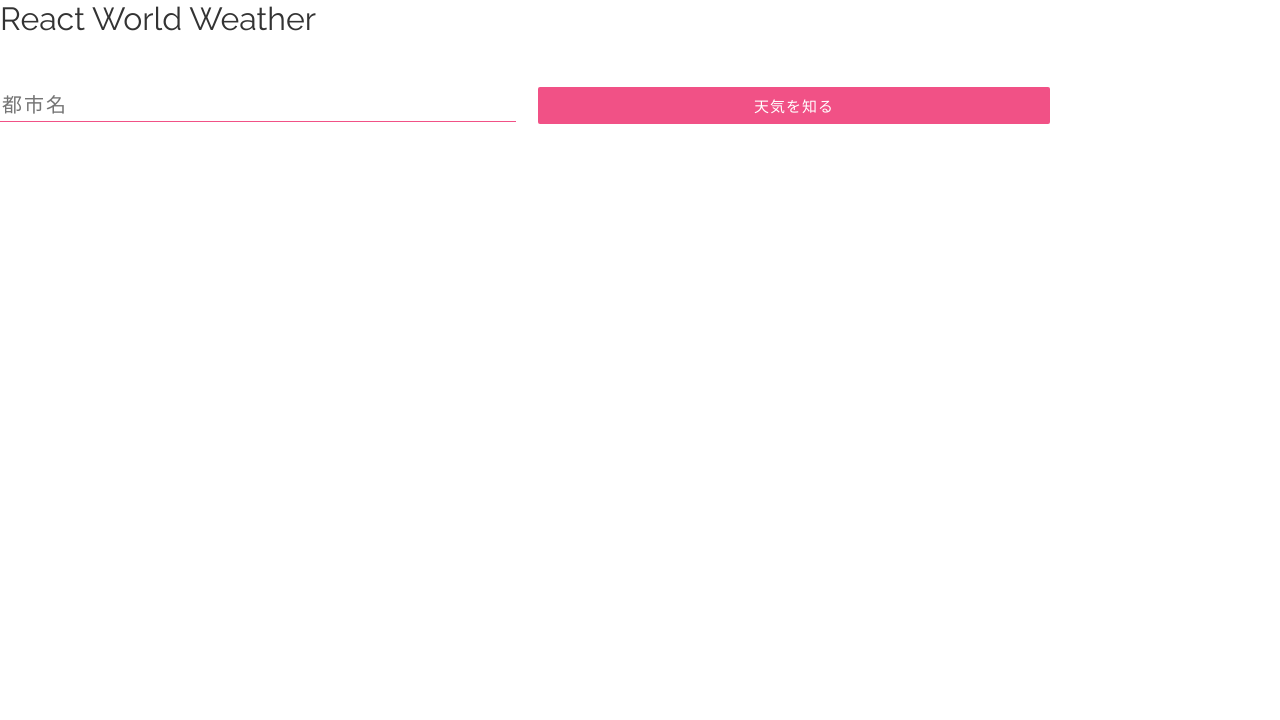
Repository: Junichi-Machii/react-tyepscript-app-weather-001
Page: /
These files come from the project's save history. The page is drawn as it stood at one moment and after a run of saves; the edit follows.
The browser window is 1280 px wide. The pictures show the whole page.
The project was rebuilt for these pictures with package versions that can differ from the ones it lists, and the page was loaded fresh each time.

Above is the page before, as saved 2023-05-29 16:51:41.

After the next 4 saves:
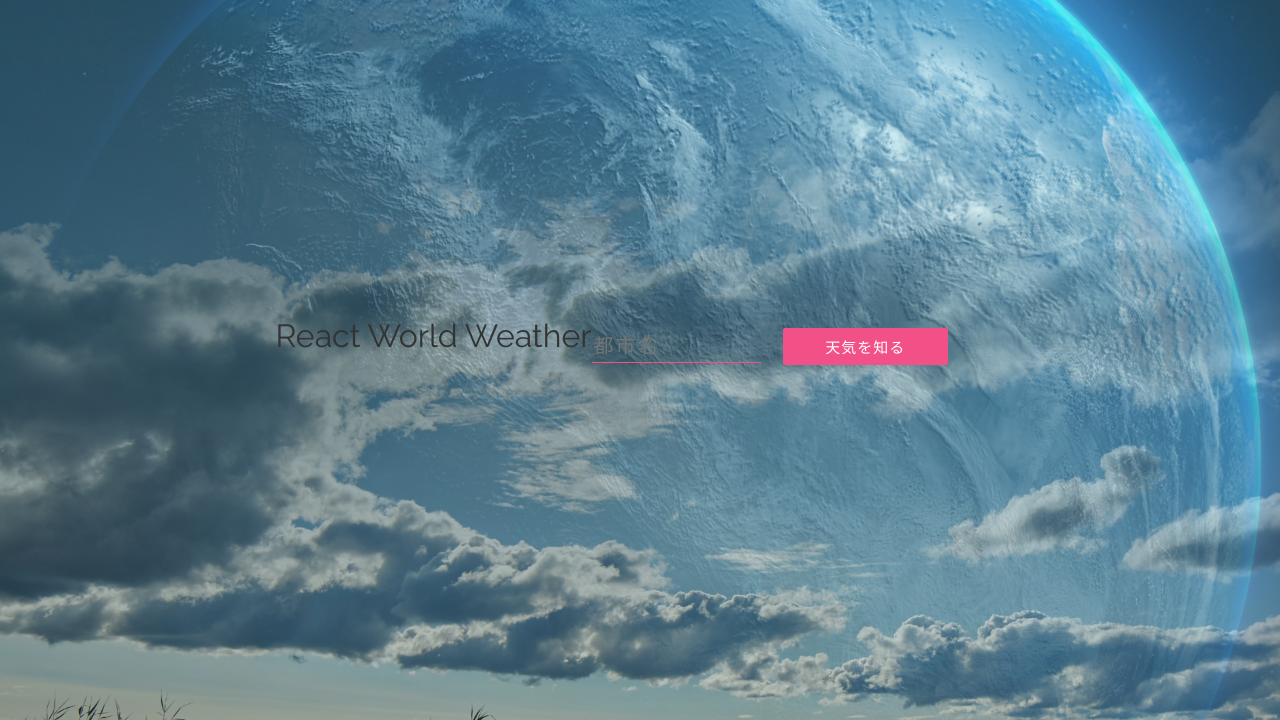
The 4 saves are shown as one change because they came seconds apart.
The last was saved 109 s later.
--- a/src/App.tsx
+++ b/src/App.tsx
@@ -47,7 +47,7 @@ function App() {
 
 
   return (
-    <div className="test">
+    <div className="wrapper">
       <Title />
       <Form setCity={setCity} getWeather={getWeather} />
       <Results results={results}/>
